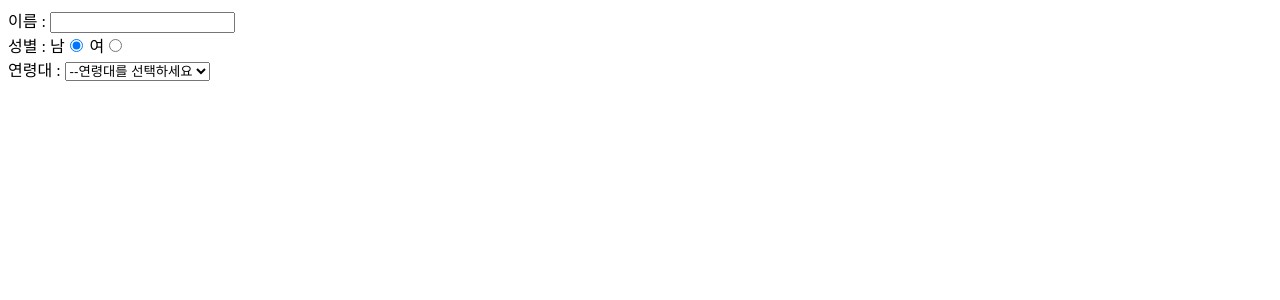
Repository: adminhelper/Ajax
Page: Contact05_ajax/WebContent/_17_helper_function.html
These files come from the project's save history. The page is drawn as it stood at one moment and after the next save; the edit follows.
The browser window is 1280 px wide. The pictures show the whole page.
Some web libraries are served in a nearby version.

Above is the page before, as saved 2020-05-18 00:51:36.

After the next save:
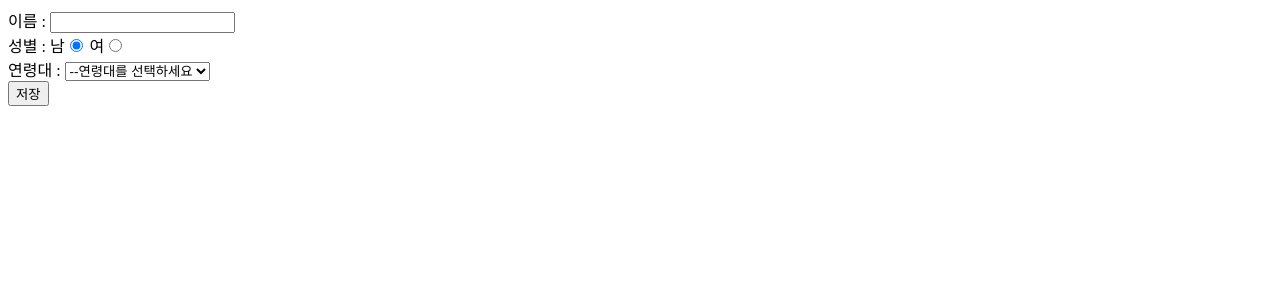
Saved 17 s later.
--- a/Contact05_ajax/WebContent/_17_helper_function.html
+++ b/Contact05_ajax/WebContent/_17_helper_function.html
@@ -26,5 +26,6 @@
 			<option value="60">60~</option>
 		</select>
 	</form>
+	<button id="save">저장</button>
 </body>
 </html>
